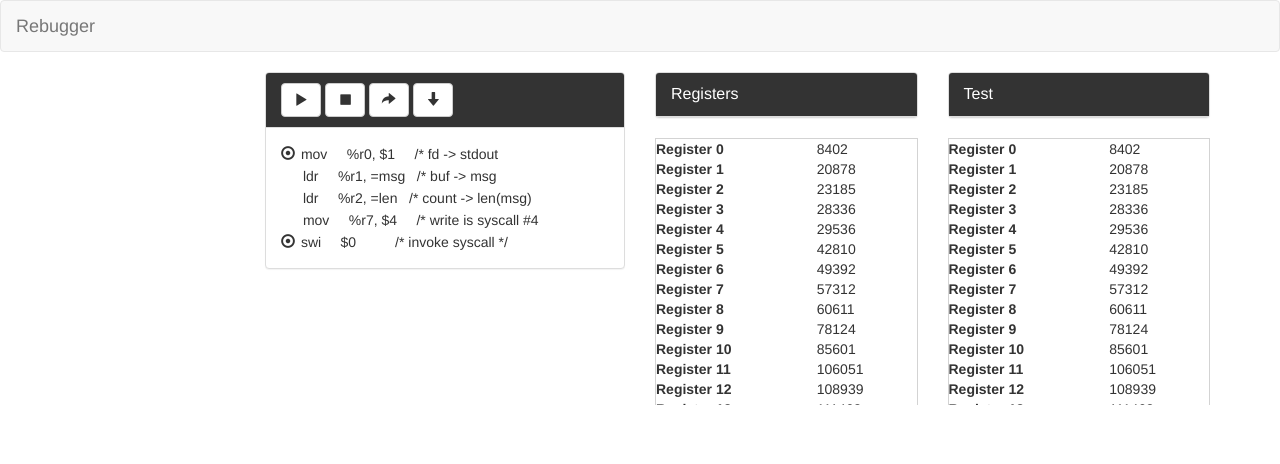
Repository: sadcyclops/Rebugger
Page: Rebugger/WebContent/index.html
An editor plug-in stored every save of this project. The page is shown before and after the next save, followed by the edit.
The browser window is 1280 px wide. The pictures show the whole page.
Some web libraries are served in a nearby version.

Above is the page before, as saved 2016-10-08 12:07:24.

After the next save:
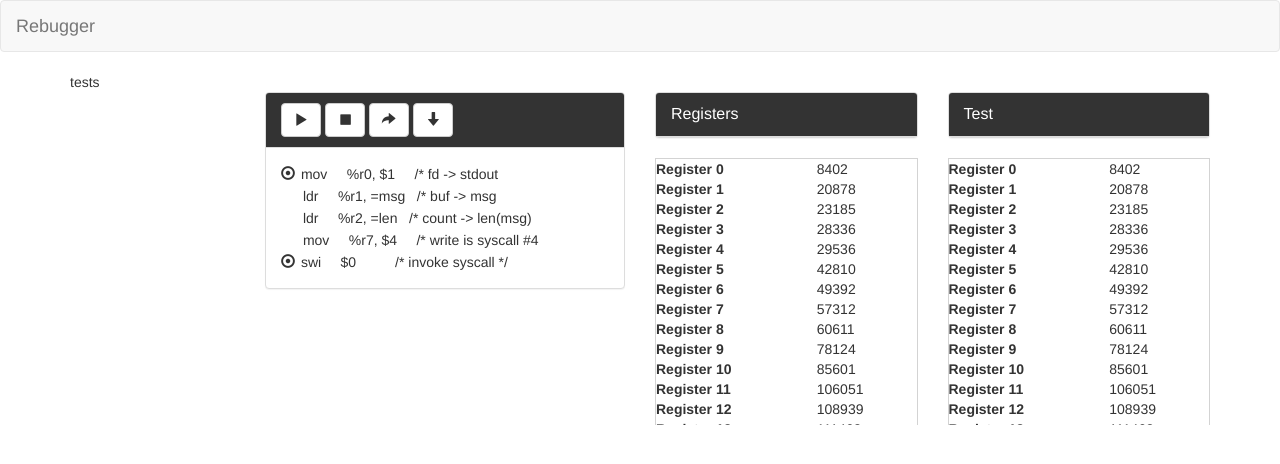
Saved 104 s later.
--- a/Rebugger/WebContent/index.html
+++ b/Rebugger/WebContent/index.html
@@ -23,6 +23,7 @@
     </div>
 
     <div class="container">
+    tests
         <div ng-controller='memoryController' class="row">
         	<div class="col-md-2 col-xs-6" ng-include="'partials/CPUInfo.html'">
 

After the save that followed:
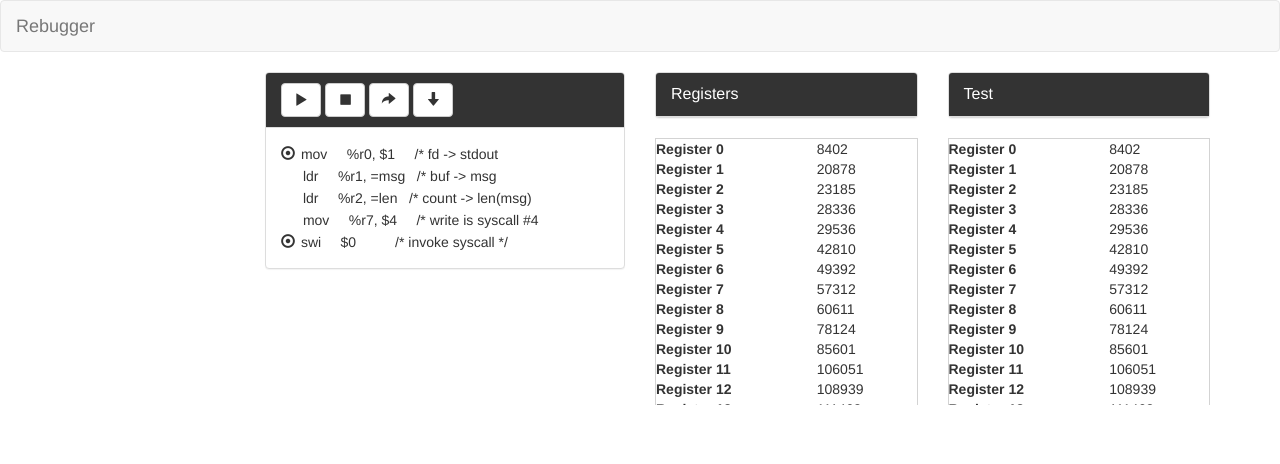
Saved 3 min 42 s later.
--- a/Rebugger/WebContent/index.html
+++ b/Rebugger/WebContent/index.html
@@ -23,7 +23,6 @@
     </div>
 
     <div class="container">
-    tests
         <div ng-controller='memoryController' class="row">
         	<div class="col-md-2 col-xs-6" ng-include="'partials/CPUInfo.html'">
 
